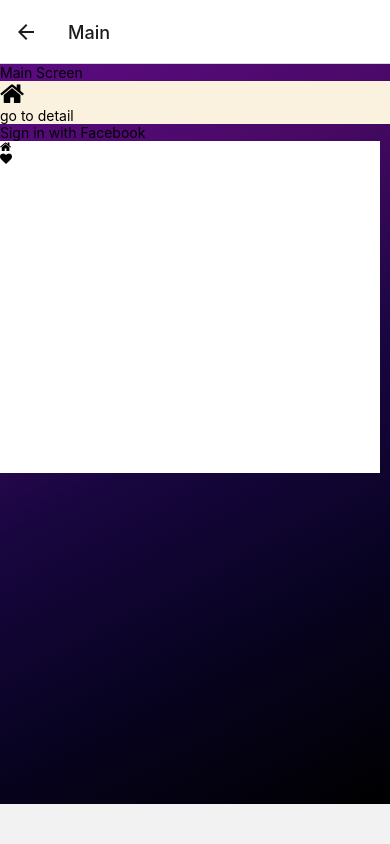
Repository: eyebone/barManager
Screen: /Main
The author's editor kept a copy of each file at every save. The screen is drawn from the files as they stood at one save, then again after a run of saves.
The app was drawn by React Native's web renderer in a window 390 px wide. The project was rebuilt for these pictures with package versions that can differ from the ones it lists, and the page was loaded fresh each time. Some packages were replaced by stand-ins written for this rebuild. Also part of the build but not shown: components/EmojiPicker.js, components/Button.js, components/ImageViewer.js, components/circleButton.js, components/IconButton.js, view/ViewOne.js, view/Sign.js.

Above is the screen before, as saved 2023-06-26 17:06:34.

### App.js
// In App.js in a new project

import * as React from "react";
import { Button, View, Text, StyleSheet, Pressable, Alert } from "react-native";
// import React-native from 'react-native';
import { NavigationContainer } from "@react-navigation/native";
import { createNativeStackNavigator } from "@react-navigation/native-stack";
import { ViewOne } from "./view/ViewOne";
import { SignView } from "./view/Sign";
import { LinearGradient } from "expo-linear-gradient";
import FontAwesome from "react-native-vector-icons/FontAwesome";
import { MainView } from "./view/Main";

function HomeScreen({ navigation }) {
  return (
    <View style={styles.container}>
      <LinearGradient
        start={{ x: 0, y: 0 }}
        end={{ x: 1, y: 1 }}
        colors={["#5c0b82", "#480965", "#190641", "#070320", "#000000"]}
        style={styles.linearGradient}
      >
        <Text>Home Screen</Text>
        <Pressable
          style={(styles.button, { backgroundColor: "#faf2de" })}
          onPress={() => navigation.push("test")}
        >
          <FontAwesome name="home" size={26} style={{ paddingRight: 8 }} />
          <Text>go to detail</Text>
        </Pressable>

        <Button
          title="Go to Sign"
          onPress={() => navigation.navigate("sign")}
        />
        <Text style={styles.buttonText}>Sign in with Facebook</Text>
      </LinearGradient>
    </View>
  );
}

const Stack = createNativeStackNavigator();

function App() {
  return (
    <NavigationContainer style={styles.container}>
      <Stack.Navigator initialRouteName="Home">
        <Stack.Screen
          name="Home"
          component={HomeScreen}
          // options={{ title: "Overview", backgroundColor: "transparent" }}
          options={{ headerShown: false }}
        />
        <Stack.Screen name="test" component={ViewOne} />
        <Stack.Screen name="sign" component={SignView}
          options={{ headerShown: false }}
        />
        <Stack.Screen name="Main" component={MainView} />
      </Stack.Navigator>
    </NavigationContainer>
  );
}

export default App;

const styles = StyleSheet.create({
  container: {
    flex: 1,
    flexDirection: "column",
    backgroundColor: "#000000",
    //    alignItems: 'center',
  },
  linearGradient: {
    height: 740,
  },
  button: {
    borderRadius: 10,
    width: 300,
    height: 30,
    alignItems: "center",
    justifyContent: "center",
    flexDirection: "row",
  },
});

### view/Main.js
// 这是主界面

import { useState } from "react";
import { StatusBar } from "expo-status-bar";
import { StyleSheet, View } from "react-native";
import * as ImagePicker from "expo-image-picker";
import EmojiPicker from "../components/EmojiPicker";
import Button from "../components/Button";
import ImageViewer from "../components/ImageViewer";
import CircleButton from "../components/circleButton";
import IconButton from "../components/IconButton";
import { NavigationContainer } from "@react-navigation/native";
import { createNativeStackNavigator } from "@react-navigation/native-stack";
import { Text, Pressable } from "react-native";
import { NavigationBar } from "../components/NavigationBar";
import { LinearGradient } from "expo-linear-gradient";
import FontAwesome from "react-native-vector-icons/FontAwesome";

export function MainView({ navigation }) {
  return (
    <LinearGradient
      start={{ x: 0, y: 0 }}
      end={{ x: 1, y: 1 }}
      colors={["#5c0b82", "#480965", "#190641", "#070320", "#000000"]}
      style={styles.linearGradient}
    >
      <Text>Main Screen</Text>
      <Pressable
        style={(styles.button, { backgroundColor: "#faf2de" })}
        onPress={() => navigation.push("Home")}
      >
        <FontAwesome name="home" size={26} style={{ paddingRight: 8 }} />
        <Text>go to detail</Text>
      </Pressable>

      <Text style={styles.buttonText}>Sign in with Facebook</Text>
      <NavigationBar />
    </LinearGradient>
  );
}

const styles = StyleSheet.create({
  container: {
    flex: 1,
    flexDirection: "column",
    backgroundColor: "#000000",
    //    alignItems: 'center',
  },
  linearGradient: {
    height: 740,
  },
  button: {
    borderRadius: 10,
    width: 300,
    height: 30,
    alignItems: "center",
    justifyContent: "center",
    flexDirection: "row",
  },
});

### components/NavigationBar.js
//这是底部导航栏
import { StatusBar } from "expo-status-bar";
import { StyleSheet, View, Text } from "react-native";
import Button from "../components/Button";
import ImageViewer from "../components/ImageViewer";
import * as ImagePicker from "expo-image-picker";
import { useState } from "react";
const PlaceholderImage = require("../assets/images/background-image.png");
import * as React from "react";
import FontAwesome from "react-native-vector-icons/FontAwesome";
import {
  FlatList,
  Image,
  Platform,
  Pressable,
  PixelRatio,
  TextInput,
  Alert,
} from "react-native";
import { NavigationContainer } from "@react-navigation/native";
import { createNativeStackNavigator } from "@react-navigation/native-stack";
import { LinearGradient } from "expo-linear-gradient";

export function NavigationBar({navigation}) {
    return (
      <View style={styles.bar}>
        <Pressable>
          <FontAwesome name="home"></FontAwesome>
        </Pressable>
        <Pressable>
          <FontAwesome name="heart"></FontAwesome>
        </Pressable>
      </View>
    );
}

const styles = StyleSheet.create({
    bar:{
        width: 380,
        height: 56,
        backgroundColor: "#fff",
        flex: 1/2
    },
})

After the next 2 saves:
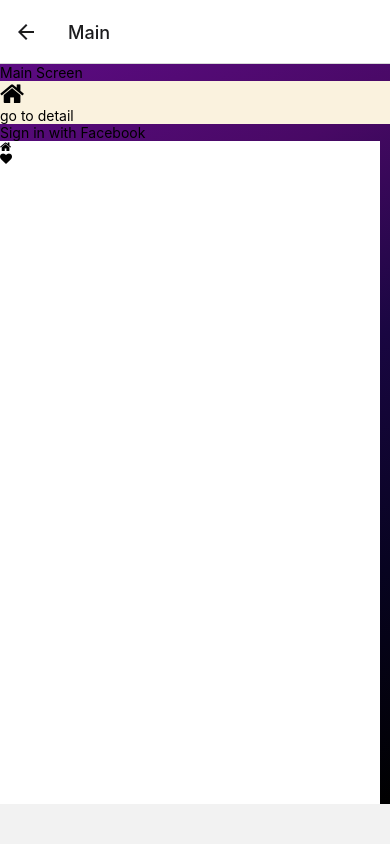
The 2 saves are shown as one change because they came seconds apart.
The last was saved 31 s later.
--- a/components/NavigationBar.js
+++ b/components/NavigationBar.js
@@ -39,6 +39,6 @@ const styles = StyleSheet.create({
         width: 380,
         height: 56,
         backgroundColor: "#fff",
-        flex: 1/2
+        flex: 1
     },
 })
